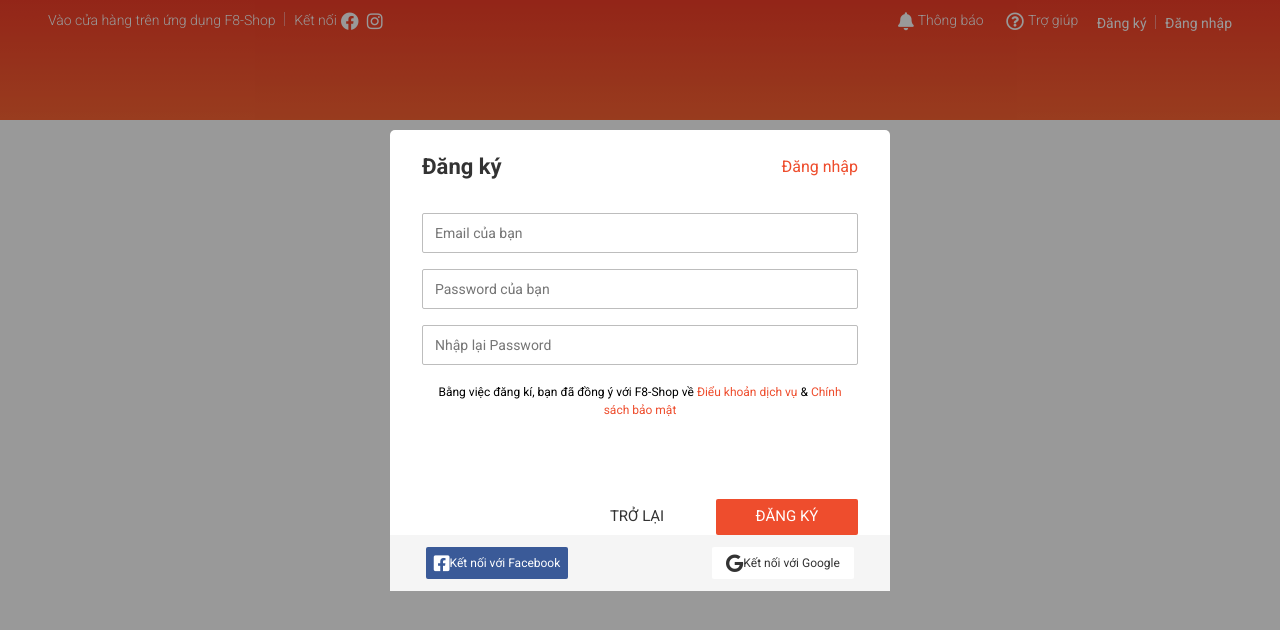
Repository: tvhoangit/tvhoangit.github.io
Page: Shoppe/index.html
These files come from the project's save history. The page is drawn as it stood at one moment and after the next save; the edit follows.
The browser window is 1280 px wide. The pictures show the whole page.

Above is the page before, as saved 2021-10-17 11:51:19.

After the next save:
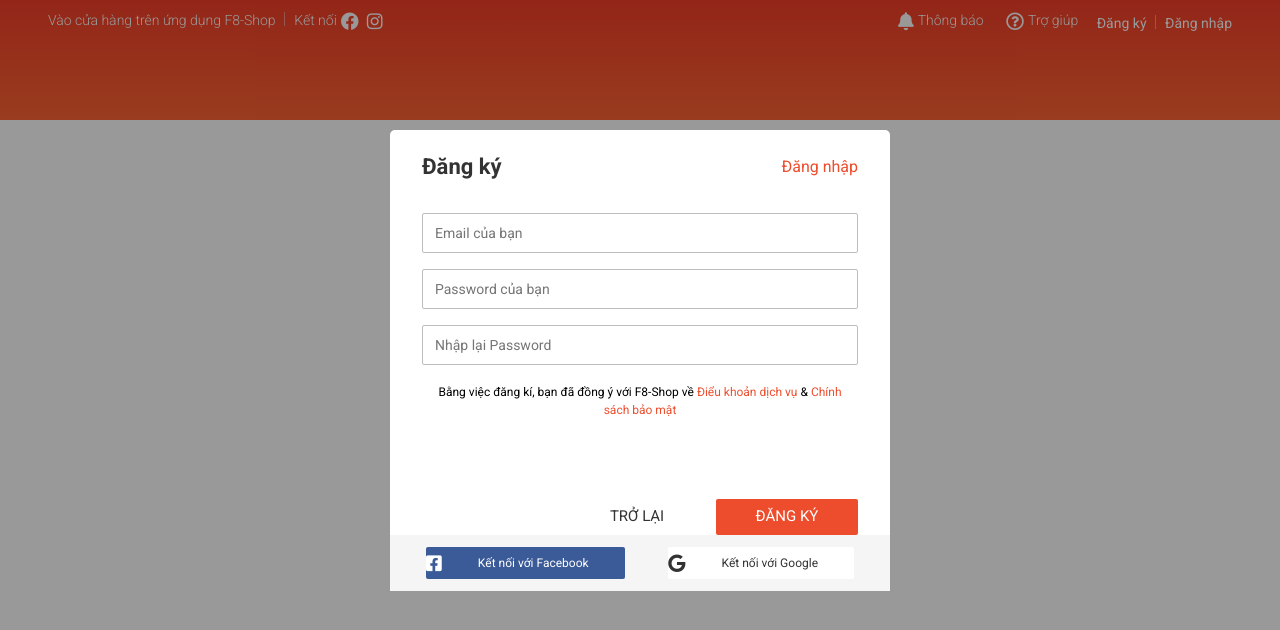
Saved 80 s later.
--- a/Shoppe/assets/css/main.css
+++ b/Shoppe/assets/css/main.css
@@ -268,3 +268,6 @@
 .auth-form__socials--icon {
     color: var(--white-color);
 }
+.auth-form__socials-title {
+    margin: 0 36px;
+}
